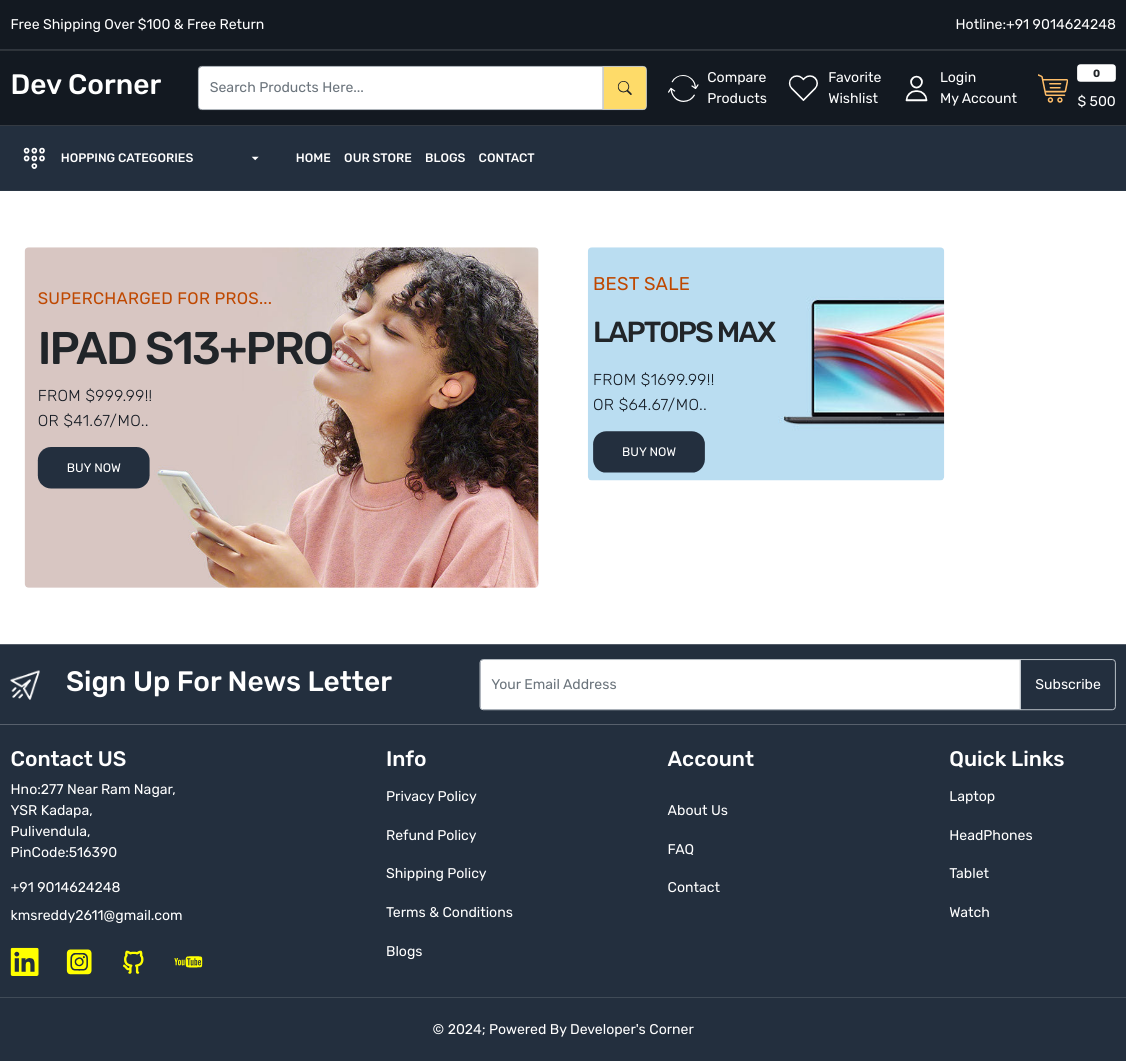
Repository: maniheist/ecommerce-app
Page: /
These files come from the project's save history. The page is drawn as it stood at one moment and after the next save; the edit follows.
The browser window is 1280 px wide. The pictures show the whole page, at 88% of full size.
The project was rebuilt for these pictures with package versions that can differ from the ones it lists, and the page was loaded fresh each time. Also part of the build but not shown: src/pages/About.js, src/pages/Contact.js.

Above is the page before, as saved 2024-02-18 18:44:51.

### public/index.html
<!DOCTYPE html>
<html lang="en">
  <head>
    <meta charset="utf-8" />
    <link rel="icon" href="%PUBLIC_URL%/favicon.ico" />
    <meta name="viewport" content="width=device-width, initial-scale=1" />
    <meta name="theme-color" content="#000000" />
    <meta
      name="description"
      content="Web site created using create-react-app"
    />
    <link rel="apple-touch-icon" href="%PUBLIC_URL%/logo192.png" />

    <link rel="preconnect" href="https://fonts.googleapis.com" />
    <link rel="preconnect" href="https://fonts.gstatic.com" crossorigin />
    <link
      href="https://fonts.googleapis.com/css2?family=Rubik:ital,wght@0,300..900;1,300..900&display=swap"
      rel="stylesheet"
    />
    <link
      href="https://cdn.jsdelivr.net/npm/bootstrap@5.0.2/dist/css/bootstrap.min.css"
      rel="stylesheet"
      integrity="sha384-EVSTQN3/azprG1Anm3QDgpJLIm9Nao0Yz1ztcQTwFspd3yD65VohhpuuCOmLASjC"
      crossorigin="anonymous"
    />
    <link rel="manifest" href="%PUBLIC_URL%/manifest.json" />

    <title>React Redux App</title>
  </head>
  <body>
    <noscript>You need to enable JavaScript to run this app.</noscript>
    <div id="root"></div>
    <script
      src="https://cdn.jsdelivr.net/npm/bootstrap@5.0.2/dist/js/bootstrap.bundle.min.js"
      integrity="sha384-MrcW6ZMFYlzcLA8Nl+NtUVF0sA7MsXsP1UyJoMp4YLEuNSfAP+JcXn/tWtIaxVXM"
      crossorigin="anonymous"
    ></script>
  </body>
</html>

### src/index.js
import React from 'react';
import { createRoot } from 'react-dom/client';

import App from './App';

const container = document.getElementById('root');
const root = createRoot(container);

root.render(

      <App />

);

### src/App.js
import React from 'react';
import './App.css';
import {BrowserRouter,Routes,Route} from "react-router-dom";
import Layout from "./components/Layout";
import Home from "./pages/Home"
import About from "./pages/About"
import Contact from "./pages/Contact"

function App() {
  return (
    <>
      <BrowserRouter>
        <Routes>
        <Route path="/" element={<Layout />}>
<Route index element={<Home />} />
<Route path="about" element={<About />}/>
<Route path="contact" element={<Contact />}/>


        </Route>

        </Routes>
      </BrowserRouter>
    </>

  );
}

export default App;

### src/App.css
*{
  margin:0;
  padding:0;
  box-sizing:border-box;
}
:root{
  --color-131921:#131921;
  --color-3b4149:#3b4149;
--color-febd69:#fedb69;
--color-232f3e:#232f3e;
--color-bf4800:#bf4800;

}

.button{
  background-color:var(--color-232f3e) ;
  color: white;
  padding: 13px 33px;
  font-size: 14px;
  border-radius: 15px;
}
.button:hover{
  background-color: var(--color-febd69);
  color:#131921
}
body {
  font-family:"Rubik", sans-serif;
}
a {
  text-decoration:none;
  display:inline-block;
}

.form-control:focus{
  box-shadow:none;
  border-color: inherit;
}

/*header part*/
.header-top-strip{
  border-bottom: 1px solid var(--color-3b4149);
  background-color:var(--color-131921) ;
}

.header-upper{
  background-color: var(--color-131921);
}

.header-bottom{
  background-color: var(--color-232f3e);
}

.header-upper .input-group-text{
  background-color: var(--color-febd69);
}

.header-upper.header-upper-links img{
  width:35px;
  height: 35px;
}

.gap-10{
  gap: 10px;
}

.gap-15{
  gap: 15px;
}

.gap-30{
  gap: 30px;
}
.header-bottom .menu-links a,
.header-bottom .dropdown button
{
  color: white;
  font-size: 14px;
  line-height: 18px;
  font-weight: 480;
  letter-spacing:0.3;
  text-transform: uppercase;
}

.header-bottom .dropdown button:focus{
  box-shadow: none;
}

.header-bottom .dropdown-menu{
  background-color: var(--color-131921);
  width:100%;
  transform: translate3d(0px,57px,0px) !important;
}

.header-bottom .dropdown-item{
  padding:20px;
  margin-bottom: 3px;
  border-bottom: 1px solid var(--color-3b4149)
  ;

}
.header-bottom .dropdown-item:hover{
  background-color: transparent;
  color: var(--color-febd69) !important;
}
/*header part end */


/*footer part  */

footer{
  background-color: var(--color-232f3e);
}



footer:not(:first-child){
  border-top:1px solid rgba(255,255,255,0.1);

}

footer .input-group-text{
  background-color: var(--color-232f3e);
  color:white;
  padding:8px 17px;
}
/* footer part end */

/*Home page*/

.main-banner-content{
  top:15%;
  left:5%;
}

.main-banner-content h4{

  font-size: 19px;
  font-weight: 400;
  line-height: 24px;
  color:var(--color-bf4800);
  margin: 0 0 12px;
  letter-spacing: 0.3px;
  text-transform: uppercase;

}

.main-banner-content h5{
  font-size: 52px;
  font-weight: 500;
  line-height: 64px;
  letter-spacing: -2px;
  text-transform: none;

}

.main-banner-content p{
  font-size: 18px;
  line-height: 28px;
  letter-spacing: 0.4px;
  font-weight: 100;
  color: var(--color-131921);
}


.small-banner-content{
  top:15%;
  left:5%;
}

.small-banner-content h4{

  font-size: 21px;
  font-weight: 400;
  line-height: 24px;
  color:var(--color-bf4800);
  margin: 0 0 12px;
  letter-spacing: 0.3px;
  text-transform: uppercase;
}
.small-banner-content h5{
  font-size: 33px;
  font-weight: 500;
  line-height: 64px;
  letter-spacing: -2px;
  text-transform: none;

}

.small-banner-content p{
  font-size: 18px;
  line-height: 28px;
  letter-spacing: 0.4px;
  font-weight: 100;
  color: var(--color-131921);
}
/* Home Page End */

### src/components/Layout.js
import React from 'react'
import {Outlet} from "react-router-dom";
import Header from "./Header";
import Footer from "./Footer";
const Layout = () => {
  return (
    <>
            <Header />
            <Outlet />
            <Footer />

    </>
  )
}

export default Layout

### src/pages/Home.js
import React from 'react'
import {Link} from 'react-router-dom';
const Home = () => {
  return <>
    <section className='home-wrapper-1 py-5'>
      <div className='container-xxl'>
      <div className='row'>
        <div className='col-6'>
          <div className='main-banner position-relative p-3'>
            <img src='images/main-banner-1.jpg' className='img-fluid rounded-3' alt='main banner' />
            <div className='main-banner-content position-absolute'>
              <h4>SUPERCHARGED FOR PROS...</h4>
              <h5>IPAD S13+PRO</h5>
              <p>FROM $999.99!! <br /> OR $41.67/MO..</p>
              <Link className='button'>BUY NOW</Link>
            </div>


          </div>
        </div>
        <div className='col-6'>
          <div className='d-flex flex-wrap justify-content-between align-items-center'>
             <div className='small-banner position-relative p-3'>
            <img src='images/catbanner-01.jpg' className='img-fluid rounded-3' alt='small banner' />
            <div className='small-banner-content position-absolute'>
              <h4>BEST SALE</h4>
              <h5>LAPTOPS MAX</h5>
              <p>FROM $1699.99!!<br />OR $64.67/MO..</p>
              <Link className='button'>BUY NOW</Link>
            </div>

          </div>
          </div>
          </div>
        </div>
      </div>
    </section>
  </>
}

export default Home

### src/components/Header.js
import React from 'react'
import {NavLink,Link} from "react-router-dom"
import {BsSearch} from "react-icons/bs"
const Header = () => {
  return <>
  <header className='header-top-strip py-3'>
    <div className='container-xxl'>
      <div className='row'>
        <div className='col-6'>
          <p className='text-white mb-0'>Free Shipping Over $100 & Free Return</p>
        </div>
        <div className='col-6'>
          <p className='text-end text-white mb-0'>
            Hotline:
            <a className='text-white' href='tel:+9014624248'>+91 9014624248</a>
          </p>
        </div>
      </div>
    </div>
  </header>
  <header className='header-upper py-3'>
    <div className='container-xxl'>
      <div className='row align-items-center'>
        <div className='col-2'>
          <h2><Link className='text-white'>
            Dev Corner
          </Link></h2>
        </div>
        <div className='col-5'>
          <div className="input-group">
  <input type="text" className="form-control py-2" placeholder="Search Products Here..." aria-label="Search Products Here..." aria-describedby="basic-addon2"/>
  <span className="input-group-text p-3" id="basic-addon2"><BsSearch className='fs-6' /></span>
</div>
        </div>
        <div className='col-5'>
          <div className='header-upper-links d-flex align-items-center justify-content-between'>
            <div>
              <Link className='d-flex align-items-center gap-10 text-white'>
              <img src="/images/compare.svg" alt='compare' />
                <p className='mb-0'>Compare <br /> Products</p>
              </Link>
            </div>
            <div>
              <Link className='d-flex align-items-center gap-10 text-white'>
              <img src="/images/wishlist.svg" alt='wishlist' />
                <p className='mb-0'>Favorite <br /> Wishlist</p>
              </Link>
            </div>
            <div>
              <Link className='d-flex align-items-center gap-10 text-white'>
              <img src="/images/user.svg" alt='user' />
                <p className='mb-0'>Login <br /> My Account</p>
              </Link>
            </div>
            <div>
              <Link className='d-flex align-items-center gap-10 text-white'>
            <img src="/images/cart.svg" alt='cart' />
                <div className='d-flex flex-column gap-10'>
                <span className='badge bg-white text-dark'>0</span>
                <p className='mb-0'>$ 500</p>

                </div>
              </Link>
            </div>
          </div>
        </div>
      </div>
    </div>
  </header>
<header className='header-bottom py-3'>
  <div className='container-xxl'>
    <div className='row'>
      <div className='col-12'>
        <div className='menu-bottom d-flex align-items-center gap-30'>
        <div>
          <div className="dropdown">
  <button className="btn btn-secondary dropdown-toggle bg-transparent border-0 gap-15 d-flex align-items-center" type="button" id="dropdownMenuButton1" data-bs-toggle="dropdown" aria-expanded="false">
    <img src="images/menu.svg" alt=""/><span className='me-5 d-inline-blocto'>hopping Categories</span>
  </button>
  <ul className="dropdown-menu" aria-labelledby="dropdownMenuButton1">
    <li><to className="dropdown-item text-white" to="">Pants</to></li>
    <li><to className="dropdown-item text-white" to="">Shirts</to></li>
    <li><to className="dropdown-item text-white" to="">Shorts</to></li>
  </ul>
</div>
        </div>
        <div className='menu-links'>
          <div className='d-flex align-items-center gap-15'>
            <NavLink className='text-white' to="/">Home</NavLink>
            <NavLink className='text-white' to="/">Our Store</NavLink>
            <NavLink className='text-white' to="/">Blogs</NavLink>
            <NavLink className='text-white' to="/contact">Contact</NavLink>
          </div>
        </div>

        </div>
      </div>
    </div>
  </div>
</header>


  </>
}

export default Header

### src/components/Footer.js

import React from 'react'
import { SiLinkedin } from "react-icons/si";
import { RiGithubLine } from "react-icons/ri";
import { ImYoutube2 } from "react-icons/im";
import { FaSquareInstagram } from "react-icons/fa6";
import {Link} from 'react-router-dom';
const Footer = () => {
  return <>
    <footer className='py-3'>
        <div className='container-xxl'>
            <div className='row align-items-center'>
                <div className='col-5'>
                    <div className='footer-top-data d-flex gap-30 align-items-center'>
                        <img src="images/newsletter.png" alt="newsletter" />
                        <h2 className='text-white'>Sign Up For News Letter</h2>
                    </div>
                </div>
                <div className='col-7'>
                    <div className="input-group">
  <input type="text" className="form-control py-1" placeholder="Your Email Address" aria-label="Your Email Address..." aria-describedby="basic-addon2"/>
  <span className="input-group-text p-3" id="basic-addon2">Subscribe</span>
</div>
                </div>
            </div>
        </div>
    </footer>
    <footer className='py-4'>
        <div className='container-xxl'>
            <div className="row">
                <div className='col-4'>
                <h4 className="text-white">Contact US</h4>
                <div>
                    <address className='text-white fs-6'>Hno:277 Near Ram Nagar,
                    <br />YSR Kadapa, <br />Pulivendula,<br />PinCode:516390</address>

                    <a href='tel:+91 9014624248' className='mt-3 d-block mb-1 text-white'>+91 9014624248</a>
                    <a href='mailto:kmsreddy2611@gmail.com' className='mt-2 d-block mb-0 text-white'>kmsreddy2611@gmail.com</a>
                    <div className='social_icons d-flex align-items-center gap-30 mt-4'>
                    <a className="text-white" href=''>
                    <SiLinkedin className='fs-2' color="yellow"/>
                    </a>
                    <a className="text-white" href=''>
                    <FaSquareInstagram className='fs-2' color='yellow'/>
                    </a>

                    <a className="text-white" href=''>
                    <RiGithubLine className='fs-2' color='yellow'/>

                    </a>
                    <a className="text-white" href=''>
                    <ImYoutube2  className='fs-2' color="yellow"/>
                    </a>

                    </div>

                </div>
                </div>
                <div className='col-3'>
                <h4 className="text-white md-4">Info</h4>
                <div className='footer-links d-flex flex-column'>
                    <Link className="text-white py-2 mb-1">Privacy Policy</Link>
                    <Link className="text-white py-2 mb-1">Refund Policy</Link>
                    <Link className="text-white py-2 mb-1">Shipping Policy</Link>
                    <Link className="text-white py-2 mb-1">Terms & Conditions</Link>
                    <Link className="text-white py-2 mb-1">Blogs</Link>
                </div>
                </div>
                <div className='col-3'>
                <h4 className="text-white mb-4">Account</h4>
                <div className='footer-links d-flex flex-column'>
                    <Link className="text-white py-2 mb-1">About Us</Link>
                    <Link className="text-white py-2 mb-1">FAQ</Link>
                    <Link className="text-white py-2 mb-1">Contact</Link>
                </div>
                </div>
                <div className='col-2'>
                <h4 className="text-white">Quick Links</h4>
                <div className='footer-links d-flex flex-column'>
                    <Link className="text-white py-2 mb-1">Laptop</Link>
                    <Link className="text-white py-2 mb-1">HeadPhones</Link>
                    <Link className="text-white py-2 mb-1">Tablet</Link>
                    <Link className="text-white py-2 mb-1">Watch</Link>
                </div>
                </div>
            </div>
        </div>
    </footer>
    <footer className='py-4'>
        <div className='container-xxl'>
            <div className='row'>
                <div className='col-12'>
                <p className='text-center mb-0 text-white'>&copy; { new Date().getFullYear()}; Powered By Developer's Corner</p>

                </div>
            </div>
        </div>
    </footer>
  </>


}

export default Footer

After the next save:
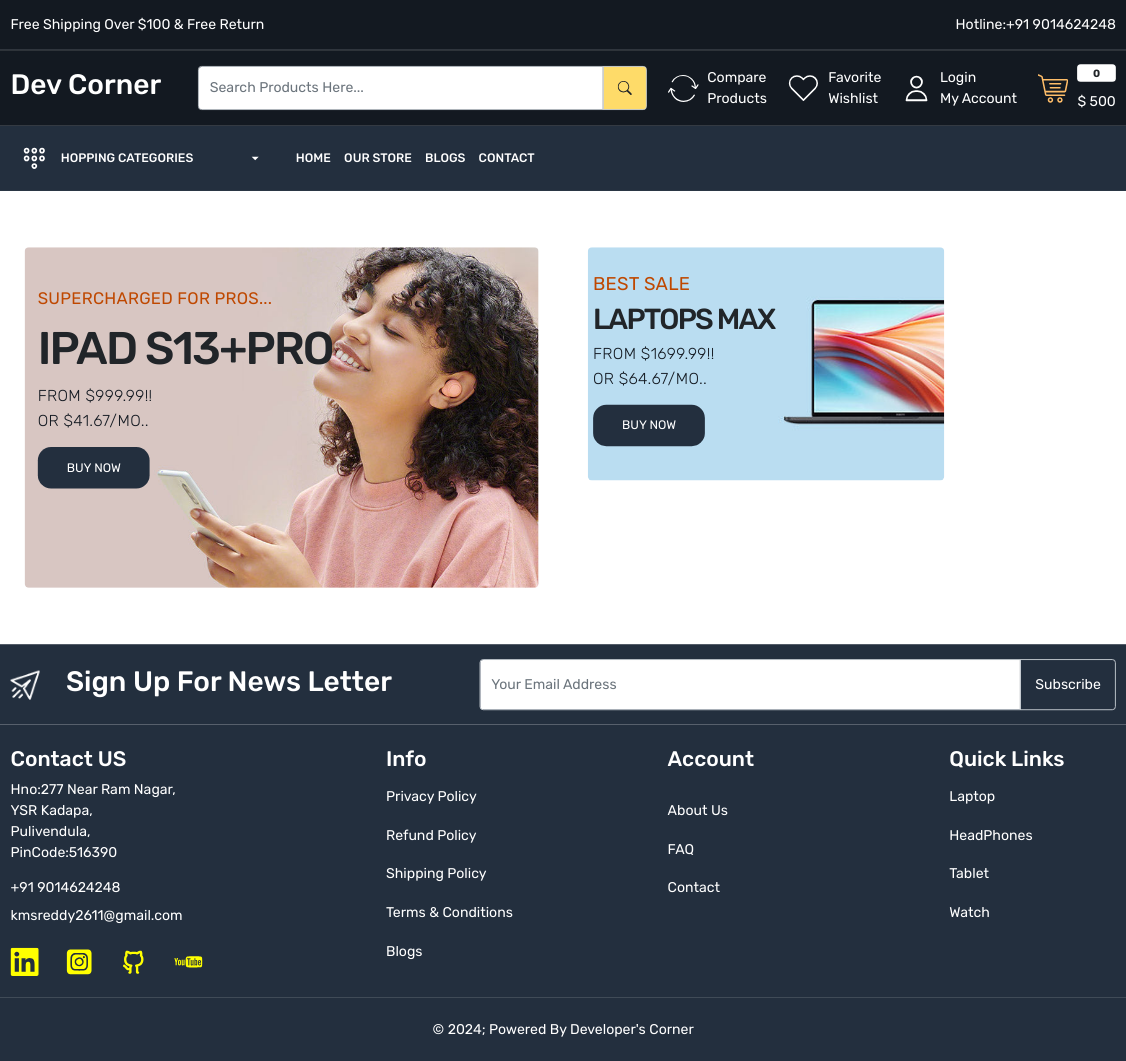
Saved 73 s later.
--- a/src/App.css
+++ b/src/App.css
@@ -180,7 +180,7 @@
 .small-banner-content h5{
   font-size: 33px;
   font-weight: 500;
-  line-height: 64px;
+  line-height: 34px;
   letter-spacing: -2px;
   text-transform: none;
 
